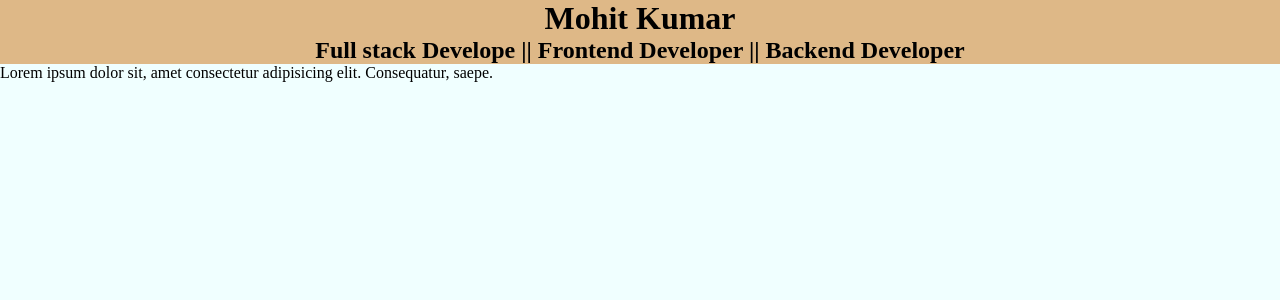
Repository: Mohitkumar1322/FrontendPracticee
Page: Javascript/index.html
The author's editor kept a copy of each file at every save. The page is drawn from the files as they stood at one save, then again after a run of saves.
The browser window is 1280 px wide. The pictures show the whole page.

Above is the page before, as saved 2025-07-10 10:22:03.

After the next 2 saves:
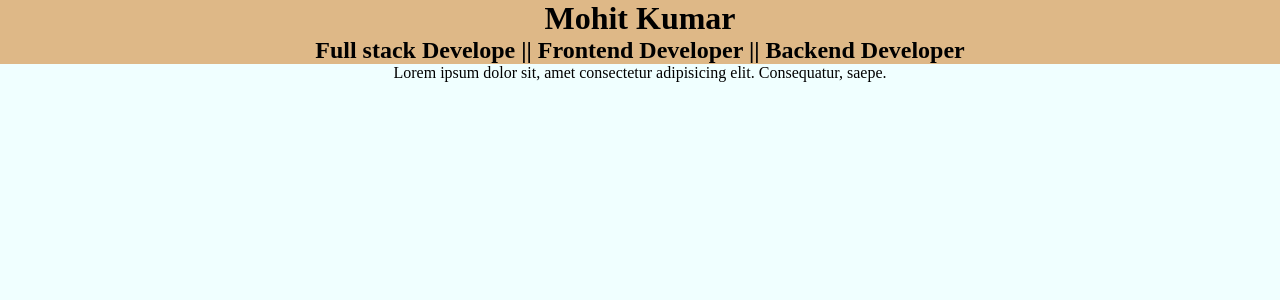
The 2 saves are shown as one change because they came seconds apart.
The last was saved 7 s later.
--- a/Javascript/style.css
+++ b/Javascript/style.css
@@ -11,5 +11,6 @@
     background-color: azure;
 }
 .about-section{
-    te
+    text-align: center;
+    justify-content: ;
 }
